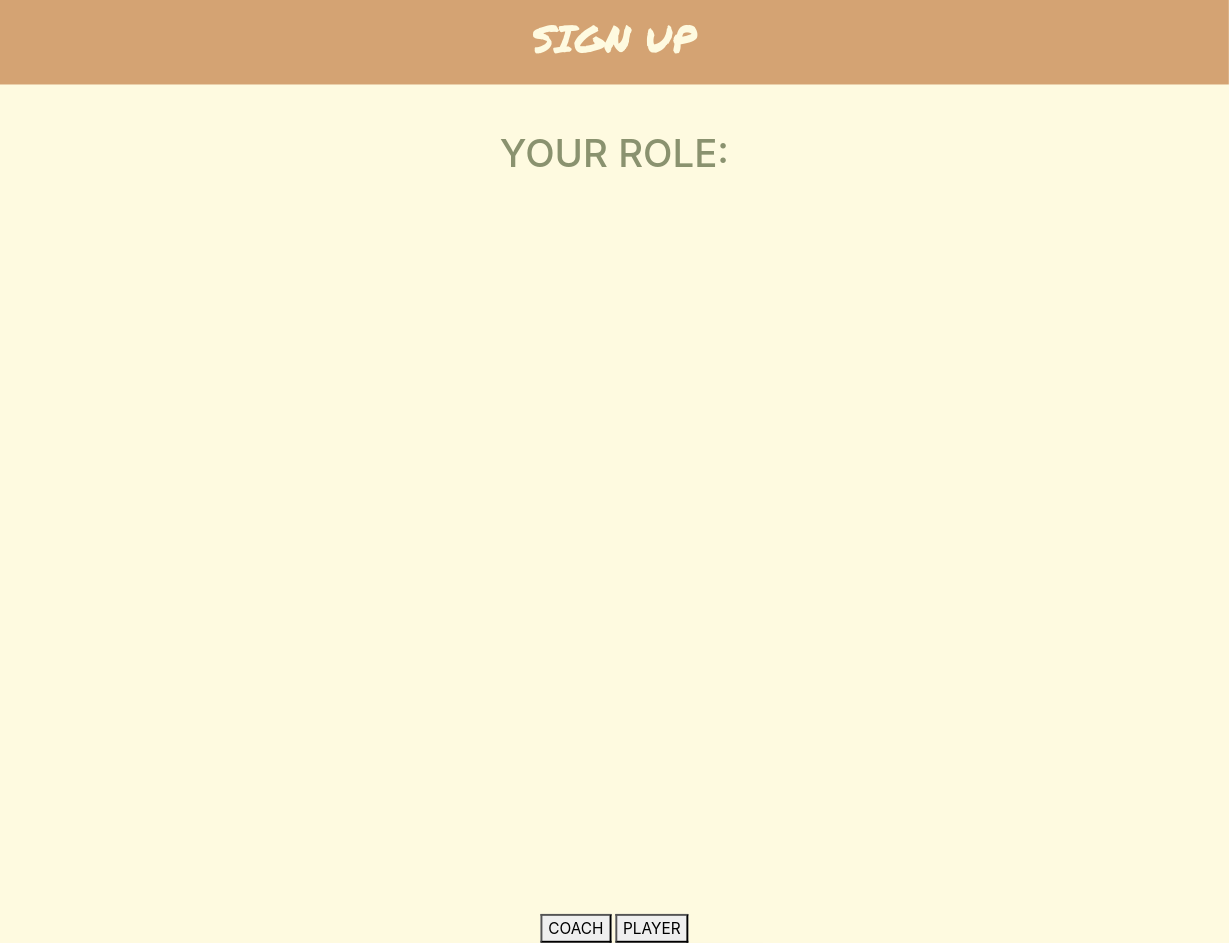
Repository: Aryaholmukhe/treasureHacks
Page: http://localhost/signup
These files come from the project's save history. The page is drawn as it stood at one moment and after the next save; the edit follows.
The browser window is 1280 px wide. The pictures show the whole page, at 96% of full size.
The page is served by the project's Node server (server.js).

Above is the page before, as saved 2022-03-27 00:27:21.

### views/signup/signup.ejs
<html lang="en">
<head>
    <meta charset="UTF-8">
    <meta http-equiv="X-UA-Compatible" content="IE=edge">
    <meta name="viewport" content="width=device-width, initial-scale=1.0">
    <link rel="stylesheet" href="https://cdn.jsdelivr.net/npm/bootstrap@4.6.1/dist/css/bootstrap.min.css">
    <script src="https://cdn.jsdelivr.net/npm/jquery@3.6.0/dist/jquery.slim.min.js"></script>
    <script src="https://cdn.jsdelivr.net/npm/popper.js@1.16.1/dist/umd/popper.min.js"></script>
    <script src="https://cdn.jsdelivr.net/npm/bootstrap@4.6.1/dist/js/bootstrap.bundle.min.js"></script>
    <link rel="preconnect" href="https://fonts.googleapis.com">
    <link rel="preconnect" href="https://fonts.gstatic.com" crossorigin>
    <link href="https://fonts.googleapis.com/css2?family=Permanent+Marker&display=swap" rel="stylesheet">
    <title>SIGN UP</title>
</head>
<body style="background-color: #FEFAE0">
    <div class="pt-3 pb-3" style="background-color: #D4A373; font-family: 'Permanent Marker', cursive; color: #FEFAE0">
        <h1 class="text-center">SIGN UP</h1>
    </div>

    <h1 class="text-center mt-5" style="color: #8A926F">YOUR ROLE:</h1>

    <div class="text-center" style="margin-top: 60%">
    <a href="./coach" ><button name="coach">COACH</button></a>
    <a  href="./player"><button name="player">PLAYER</button></a>
    </div>

</body>
</html>

### server.js
//jshint esversion:6

const express = require("express");
const bodyParser = require("body-parser");
const mongoose = require("mongoose");
const _ = require("lodash");
const { join } = require("path");
require("dotenv").config();
const app = express();

// TWILIO STUFF

const accountSID = process.env.ACCOUNT_SID;
const authToken = process.env.AUTH_TOKEN;

const client = require('twilio')(accountSID, authToken);


app.set('view engine', 'ejs');

app.use(bodyParser.urlencoded({ extended: true }));
app.use(express.static("public"));

app.get("/auth_config.json", (req, res) => {
    res.sendFile(join(__dirname, "/auth_config.json"));
})

// for each team member
mongoose.connect("mongodb://localhost:27017/teamMembersDB", { useNewUrlParser: true });

const membersSchema = new mongoose.Schema({
    name: String,
    role: String,
    age: Number,
    email: String,
    phone: String,
    progress: []
});

let members = [];
let progressArr = []

const Member = mongoose.model("Member", membersSchema);

// to identify teams
const teamSchema = new mongoose.Schema({
    coachName: String,
    team: [{ name: String }, { sport: String }]
})

const progressSchema = new mongoose.Schema({
    progress: []
})
const Team = mongoose.model("Team", teamSchema);
const Progress = mongoose.model("Progress", progressSchema)
// When no members are present
const noMember = new Member({
    name: "No members yet"
})
const noProgress = new Progress({
    progress: ["No progress yet, add some"]
})


// get requests

app.get("/signup", (req, res) => {
    res.render("signup/signup")
})
let person = "";
app.get("/coach", (req, res) => {
    person = "Coach"
    res.render("signup/coach");
})

app.get("/player", (req, res) => {
    person = "Team Member"
    res.render("signup/player")
})

app.get("/", (req, res) => {
    Member.find({}, function (err, foundMembers) {

        if (foundMembers.length === 0) {
            members.push(noMember)
            Member.insertMany(members, function (err) {
                if (err) {
                    console.log(err);
                } else {
                    console.log("Successfully saved members to DB.");
                }
            });
            // res.redirect("/");
        } else {
            Member.deleteOne({ "name": "No members yet" }, (err, person) => {
                if (err) return handleError(err);
            })
            res.render('index', { allMembers: foundMembers, person: person })
        }
    });
})

app.get("/:personName", function (req, res) {
    const personName = _.capitalize(req.params.personName);

    Member.findById(personName, (err, per) => {
        if (!err) {
              console.log(per)
            res.render('account', { personInfo: per});
        } else {
            console.log(err)
        }
    })
});


// post requests


app.post("/", (req, res) => {

    const playerName = req.body.newPlayer;
    const role = req.body.newRole;
    const age = req.body.age;
    const phoneNumber = req.body.phoneNumber;
    const player = new Member({
        name: playerName,
        role: role,
        age: age,
        phone: phoneNumber
    })
    player.save();
    res.redirect("/")
})

app.post("/delete", function (req, res) {
    const checkedItemId = req.body.checkbox;

    Member.findByIdAndRemove(checkedItemId, function (err) {
        if (!err) {
            console.log("Successfully deleted checked item.");
            res.redirect("/");
        } else {
            console.log(err)
        }
    });


});

app.post("/coach", (req, res) => {
    const coachName = req.body.coachName;
    const teamName = req.body.teamName;
    const sportType = req.body.sportType;
    teams = new Team({
        coachName: coachName,
        team: [{ name: teamName, sport: sportType }]
    })
    res.redirect("/")
})

app.post("/player", (req, res)=>{
    const playerName = req.body.newPlayer;
    const role = req.body.newRole;
    const age = req.body.age;
    const phoneNumber = req.body.phoneNumber;
    const player = new Member({
        name: playerName,
        role: role,
        age: age,
        phone: phoneNumber
    })
    player.save();
    res.redirect("/")
})

app.post("/announcements", (req, res) => {
    const message = req.body.message;
    members.forEach(member => {
        if (member.phone) {
            client.message.create({
                to: member.phone,
                from: process.env.TWILIO_PHONE_NUMBER, //is this going to be dynamic?
                body: message
            }).then((message) => {
                console.log(message.sid)
            });
            res.redirect("/")
        } else {
            res.redirect("/")
        }
    })

})


app.listen(3000, function () {
    console.log("Server started on port 3000");
});

After the next save:
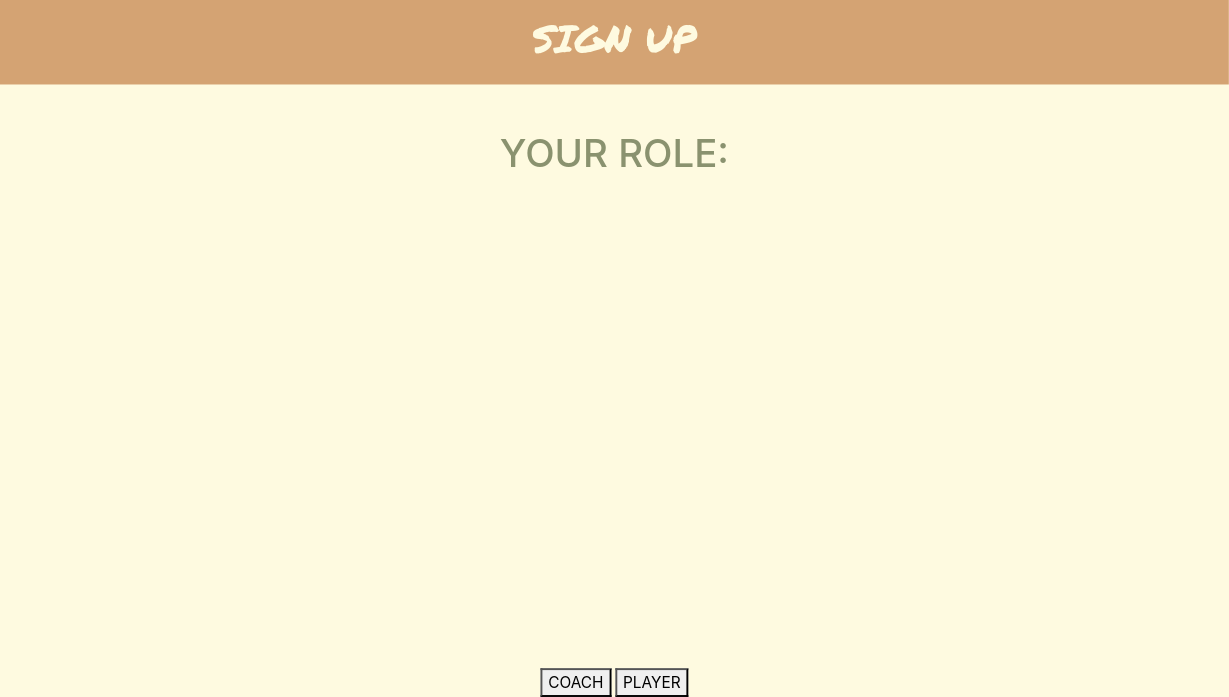
Saved 5 s later.
--- a/views/signup/signup.ejs
+++ b/views/signup/signup.ejs
@@ -19,7 +19,7 @@
 
     <h1 class="text-center mt-5" style="color: #8A926F">YOUR ROLE:</h1>
 
-    <div class="text-center" style="margin-top: 60%">
+    <div class="text-center" style="margin-top: 40%">
     <a href="./coach" ><button name="coach">COACH</button></a>
     <a  href="./player"><button name="player">PLAYER</button></a>
     </div>
